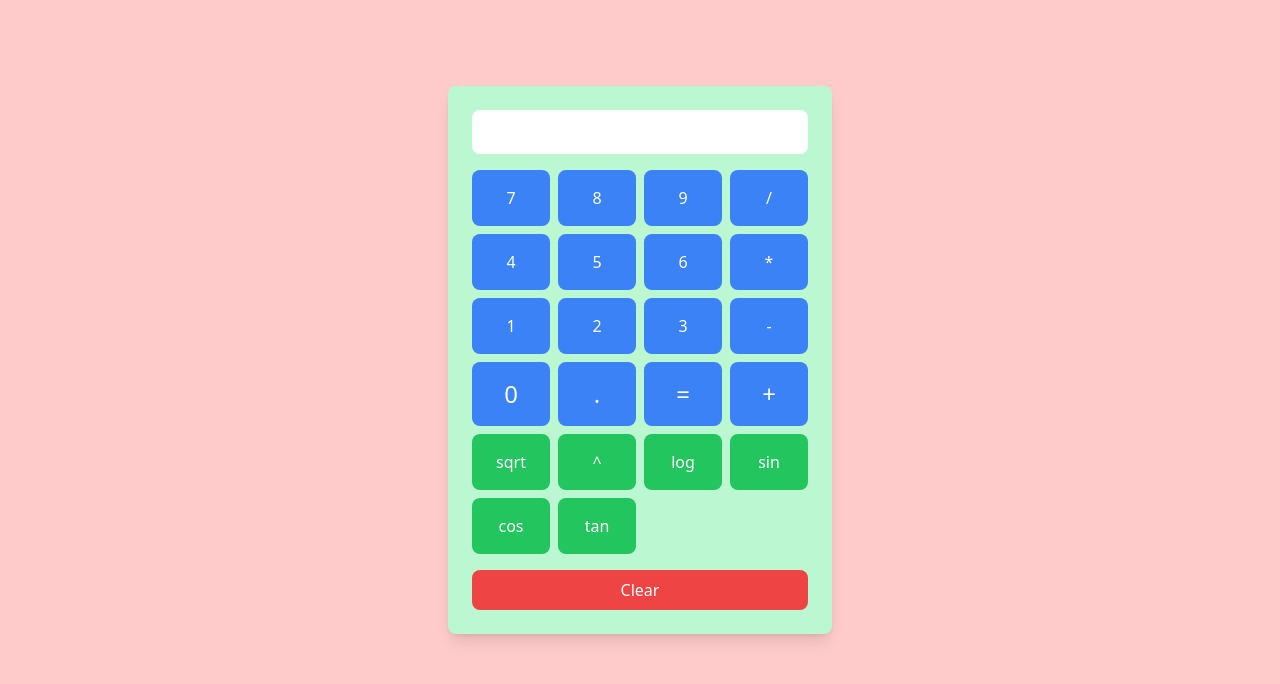
Repository: Sirinegaddour11/Calculator-App
Page: /
An editor plug-in stored every save of this project. The page is shown before and after the next save, followed by the edit.
The browser window is 1280 px wide. The pictures show the whole page.
The project was rebuilt for these pictures with package versions that can differ from the ones it lists, and the page was loaded fresh each time. The framework's server and built-in components were replaced by stand-ins that run in the browser. Also part of the build but not shown: next.config.mjs.

Above is the page before, as saved 2024-09-16 17:09:28.

### app/layout.tsx
import type { Metadata } from "next";
import "./globals.css";

export const metadata: Metadata = {
  title: "Calculator App",
  description: "Generated by me",
};

export default function RootLayout({
  children,
}: Readonly<{
  children: React.ReactNode;
}>) {
  return (
    <html lang="en">
      <body className="bg-red-200">{children}</body>
    </html>
  );
}

### app/page.tsx
import Calculator from "@/components/calculator";
import Image from "next/image";

export default function Home() {
  return (
    <div>
      <Calculator />
    </div>
  );
}

### app/globals.css
@tailwind base;
@tailwind components;
@tailwind utilities;

.dark .three-d {
  text-shadow: 0px 5px 0px #533519;
}
.three-d {
  text-shadow: none;
}
.dark .simplebar-scrollbar ::before {
 background-color: rgb(216, 217, 231);
}

### components/calculator.tsx
"use client";
import React, { useState } from "react";
import { evaluate } from "mathjs"; // Import de la fonction evaluate de mathjs

const Calculator: React.FC = () => {
  const [expression, setExpression] = useState("");

  const handleButtonClick = (value: string) => {
    setExpression((prevExpression) => prevExpression + value);
  };

  const handleCalculate = () => {
    try {
      setExpression(evaluate(expression).toString()); // Utilisation de mathjs pour évaluer l'expression
    } catch (error) {
      setExpression("Error");
    }
  };

  const handleClear = () => {
    setExpression("");
  };

  return (
    <div className="flex justify-center items-center h-screen">
      <div className="w-96 bg-green-200 rounded-lg shadow-lg p-6">
        <input
          type="text"
          className="w-full mb-4 p-2 text-xl text-right bg-white rounded-lg"
          value={expression}
          readOnly
        />
        <div className="grid grid-cols-4 gap-2">
          {["7", "8", "9", "/"].map((value, index) => (
            <button
              key={index}
              className="p-4 bg-blue-500 text-white rounded-lg hover:bg-blue-600 text-"
              onClick={() => handleButtonClick(value)}
            >
              {value}
            </button>
          ))}
          {["4", "5", "6", "*"].map((value, index) => (
            <button
              key={index}
              className="p-4 bg-blue-500 text-white rounded-lg hover:bg-blue-600 text-"
              onClick={() => handleButtonClick(value)}
            >
              {value}
            </button>
          ))}
          {["1", "2", "3", "-"].map((value, index) => (
            <button
              key={index}
              className="p-4 bg-blue-500 text-white rounded-lg hover:bg-blue-600 text-"
              onClick={() => handleButtonClick(value)}
            >
              {value}
            </button>
          ))}
          {["0", ".", "=", "+"].map((value, index) => (
            <button
              key={index}
              className="p-4 bg-blue-500 text-white rounded-lg hover:bg-blue-600 text-2xl"
              onClick={() =>
                value === "=" ? handleCalculate() : handleButtonClick(value)
              }
            >
              {value}
            </button>
          ))}
          {/* Ajout de boutons pour les fonctions scientifiques */}
          {["sqrt", "^", "log", "sin", "cos", "tan"].map((func, index) => (
            <button
              key={index}
              className="p-4 bg-green-500 text-white rounded-lg hover:bg-green-600"
              onClick={() => handleButtonClick(`${func}(`)}
            >
              {func}
            </button>
          ))}
        </div>
        <button
          className="mt-4 w-full p-2 bg-red-500 text-white rounded-lg hover:bg-red-600"
          onClick={handleClear}
        >
          Clear
        </button>
      </div>
    </div>
  );
};

export default Calculator;

Loaded but not shown: tailwind.config.ts (common file)

After the next save:
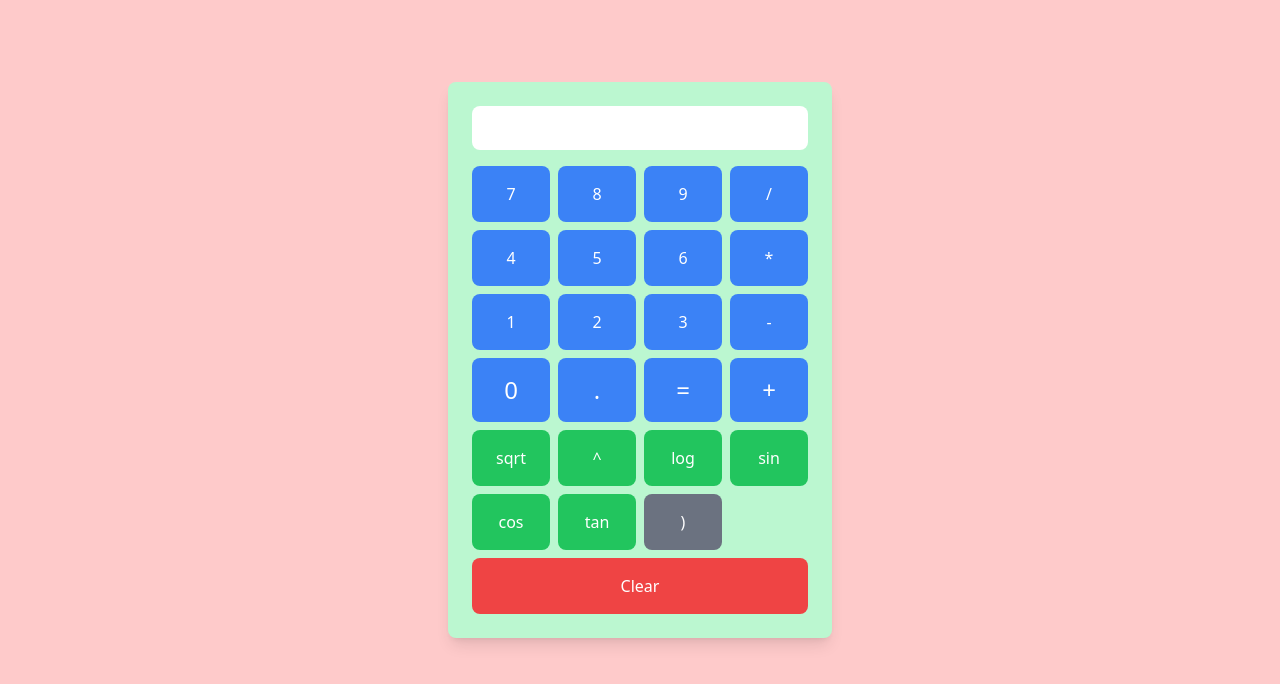
Saved 5 min 31 s later.
--- a/components/calculator.tsx
+++ b/components/calculator.tsx
@@ -1,17 +1,43 @@
 "use client";
 import React, { useState } from "react";
-import { evaluate } from "mathjs"; // Import de la fonction evaluate de mathjs
+import { evaluate, parse } from "mathjs"; // Import de mathjs pour les calculs
 
 const Calculator: React.FC = () => {
   const [expression, setExpression] = useState("");
+  const [lastButton, setLastButton] = useState<string>("");
 
   const handleButtonClick = (value: string) => {
-    setExpression((prevExpression) => prevExpression + value);
+    // Gestion des fonctions scientifiques
+    if (["sqrt", "log", "sin", "cos", "tan"].includes(value)) {
+      if (
+        lastButton !== "" &&
+        !["(", "+", "-", "*", "/"].includes(lastButton)
+      ) {
+        // Ajouter un opérateur de multiplication avant la fonction si nécessaire
+        setExpression((prevExpression) => prevExpression + "*" + value + "(");
+      } else {
+        // Ajouter la fonction avec parenthèses
+        setExpression((prevExpression) => prevExpression + value + "(");
+      }
+      setLastButton(value);
+    } else if (value === ")") {
+      // Gestion des parenthèses fermantes
+      if (lastButton === "(") {
+        setExpression((prevExpression) => prevExpression.slice(0, -1)); // Retirer le dernier '(' si il n'y a pas de ')' correspondant
+      }
+      setExpression((prevExpression) => prevExpression + value);
+      setLastButton(value);
+    } else {
+      // Gestion des autres valeurs (chiffres et opérateurs)
+      setExpression((prevExpression) => prevExpression + value);
+      setLastButton(value);
+    }
   };
 
   const handleCalculate = () => {
     try {
-      setExpression(evaluate(expression).toString()); // Utilisation de mathjs pour évaluer l'expression
+      const result = evaluate(expression);
+      setExpression(result.toString());
     } catch (error) {
       setExpression("Error");
     }
@@ -19,6 +45,7 @@ const Calculator: React.FC = () => {
 
   const handleClear = () => {
     setExpression("");
+    setLastButton("");
   };
 
   return (
@@ -34,7 +61,7 @@ const Calculator: React.FC = () => {
           {["7", "8", "9", "/"].map((value, index) => (
             <button
               key={index}
-              className="p-4 bg-blue-500 text-white rounded-lg hover:bg-blue-600 text-"
+              className="p-4 bg-blue-500 text-white rounded-lg hover:bg-blue-600"
               onClick={() => handleButtonClick(value)}
             >
               {value}
@@ -43,7 +70,7 @@ const Calculator: React.FC = () => {
           {["4", "5", "6", "*"].map((value, index) => (
             <button
               key={index}
-              className="p-4 bg-blue-500 text-white rounded-lg hover:bg-blue-600 text-"
+              className="p-4 bg-blue-500 text-white rounded-lg hover:bg-blue-600"
               onClick={() => handleButtonClick(value)}
             >
               {value}
@@ -52,7 +79,7 @@ const Calculator: React.FC = () => {
           {["1", "2", "3", "-"].map((value, index) => (
             <button
               key={index}
-              className="p-4 bg-blue-500 text-white rounded-lg hover:bg-blue-600 text-"
+              className="p-4 bg-blue-500 text-white rounded-lg hover:bg-blue-600"
               onClick={() => handleButtonClick(value)}
             >
               {value}
@@ -74,18 +101,24 @@ const Calculator: React.FC = () => {
             <button
               key={index}
               className="p-4 bg-green-500 text-white rounded-lg hover:bg-green-600"
-              onClick={() => handleButtonClick(`${func}(`)}
+              onClick={() => handleButtonClick(func)}
             >
               {func}
             </button>
           ))}
+          <button
+            className="p-4 bg-gray-500 text-white rounded-lg hover:bg-gray-600"
+            onClick={() => handleButtonClick(")")}
+          >
+            )
+          </button>
+          <button
+            className="p-4 bg-red-500 text-white rounded-lg hover:bg-red-600 col-span-4"
+            onClick={handleClear}
+          >
+            Clear
+          </button>
         </div>
-        <button
-          className="mt-4 w-full p-2 bg-red-500 text-white rounded-lg hover:bg-red-600"
-          onClick={handleClear}
-        >
-          Clear
-        </button>
       </div>
     </div>
   );
